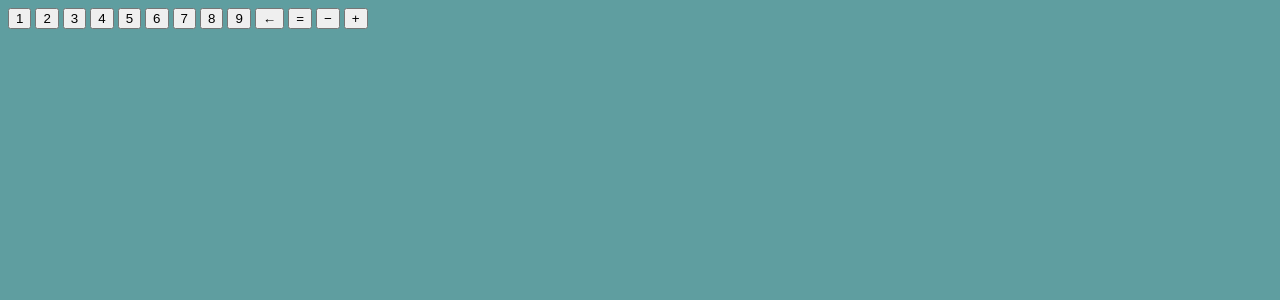
Repository: jontslater/LAB-calculator2
Page: index.html
The author's editor kept a copy of each file at every save. The page is drawn from the files as they stood at one save, then again after the next save.
The browser window is 1280 px wide. The pictures show the whole page.

Above is the page before, as saved 2023-10-10 21:04:22.

After the next save:
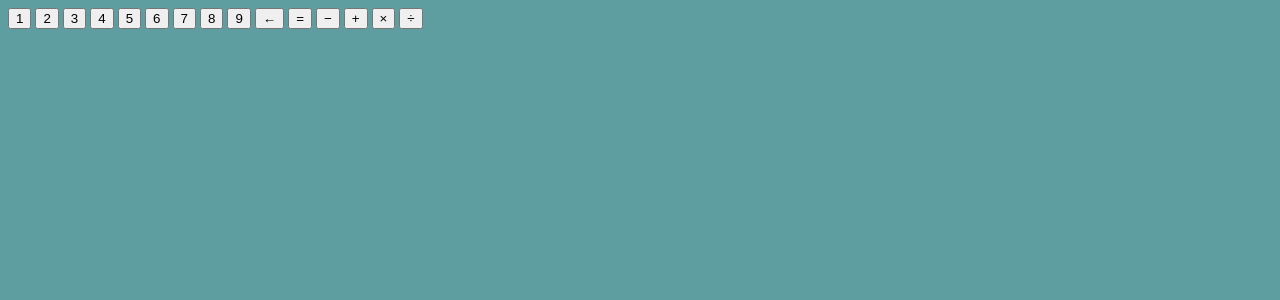
Saved 34 s later.
--- a/index.html
+++ b/index.html
@@ -19,6 +19,8 @@
   <button>&#61;</button>
   <button>&#8722;</button>
   <button>&#43;</button>
+  <button>&#215;</button>
+  <button>&#247;</button>
 </head>
 <body>
 
